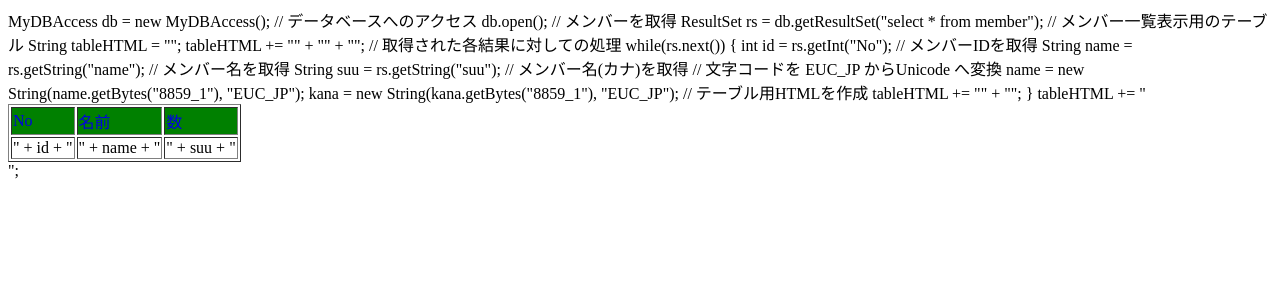
Repository: nathox/backup
Page: http://localhost/Aaaa/j.jsp
An editor plug-in stored every save of this project. The page is shown before and after the next save, followed by the edit.
The browser window is 1280 px wide. The pictures show the whole page.
The page is served by Tomcat 9.

Above is the page before, as saved 2018-02-05 08:48:50.

After the next save:
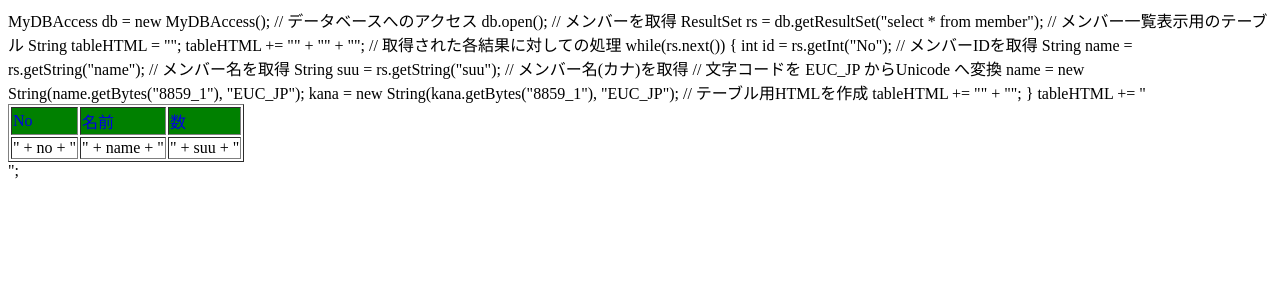
Saved 8 s later.
--- a/Aaaa/WebContent/j.jsp
+++ b/Aaaa/WebContent/j.jsp
@@ -34,7 +34,7 @@ while(rs.next()) {
     kana = new String(kana.getBytes("8859_1"), "EUC_JP");
 
     // テーブル用HTMLを作成
-    tableHTML += "<tr><td align=\"right\">" + id + "</td>"
+    tableHTML += "<tr><td align=\"right\">" + no + "</td>"
               + "<td>" + name + "</td><td>" + suu + "</td></tr>";
 }
 
